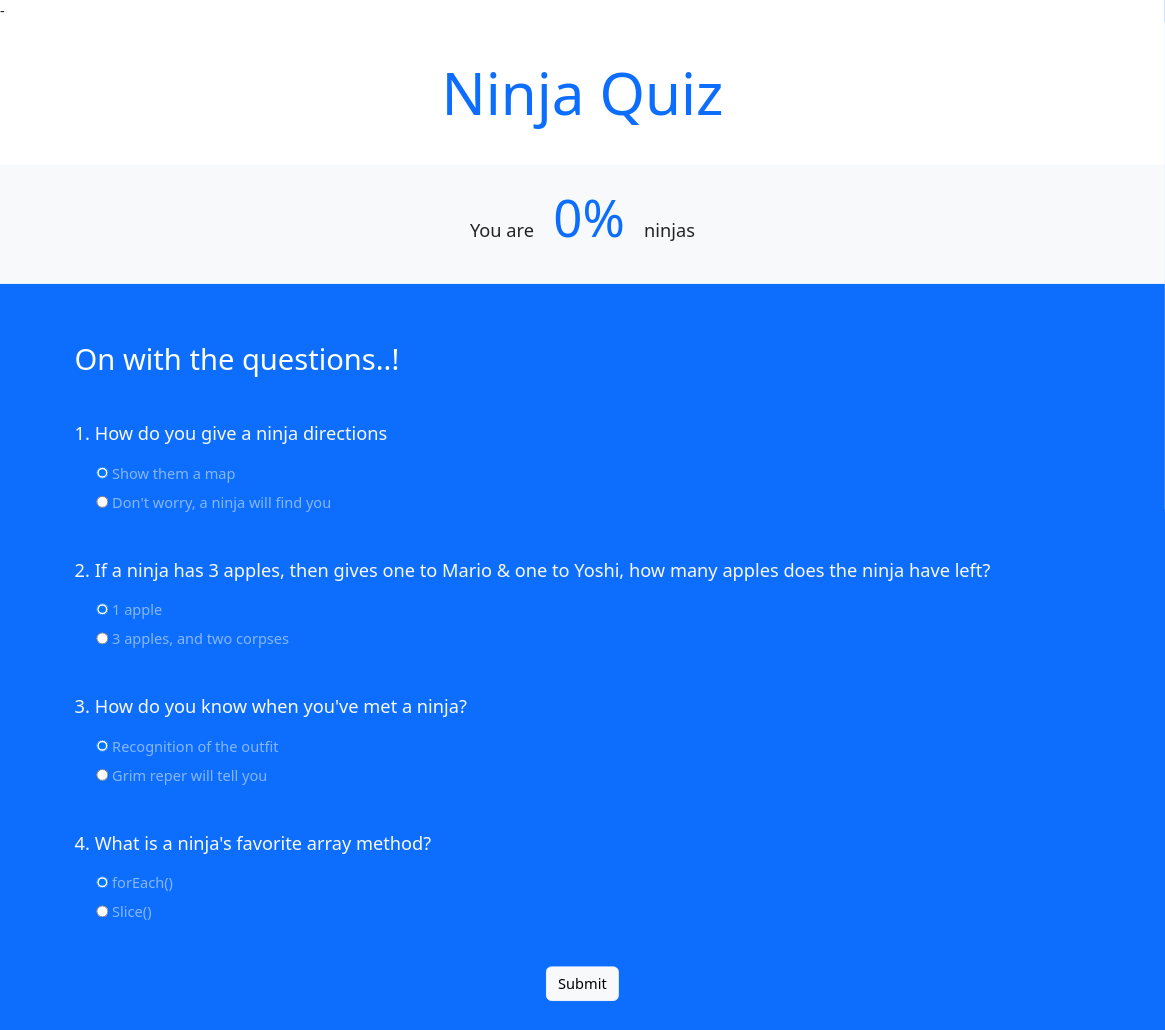
Repository: Programmer-RD-AI/Modern-JavaScript-Complete-guide-from-Novice-to-Ninja
Page: ninja_quiz/index.html
The author's editor kept a copy of each file at every save. The page is drawn from the files as they stood at one save, then again after the next save.
The browser window is 1280 px wide. The pictures show the whole page, at 91% of full size.
After loading, the first visible `form.quiz-form` was submitted once.

Above is the page before, as saved 2023-12-26 16:25:49.
Console error (its wording comes from the project's code and is left out).

After the next save:
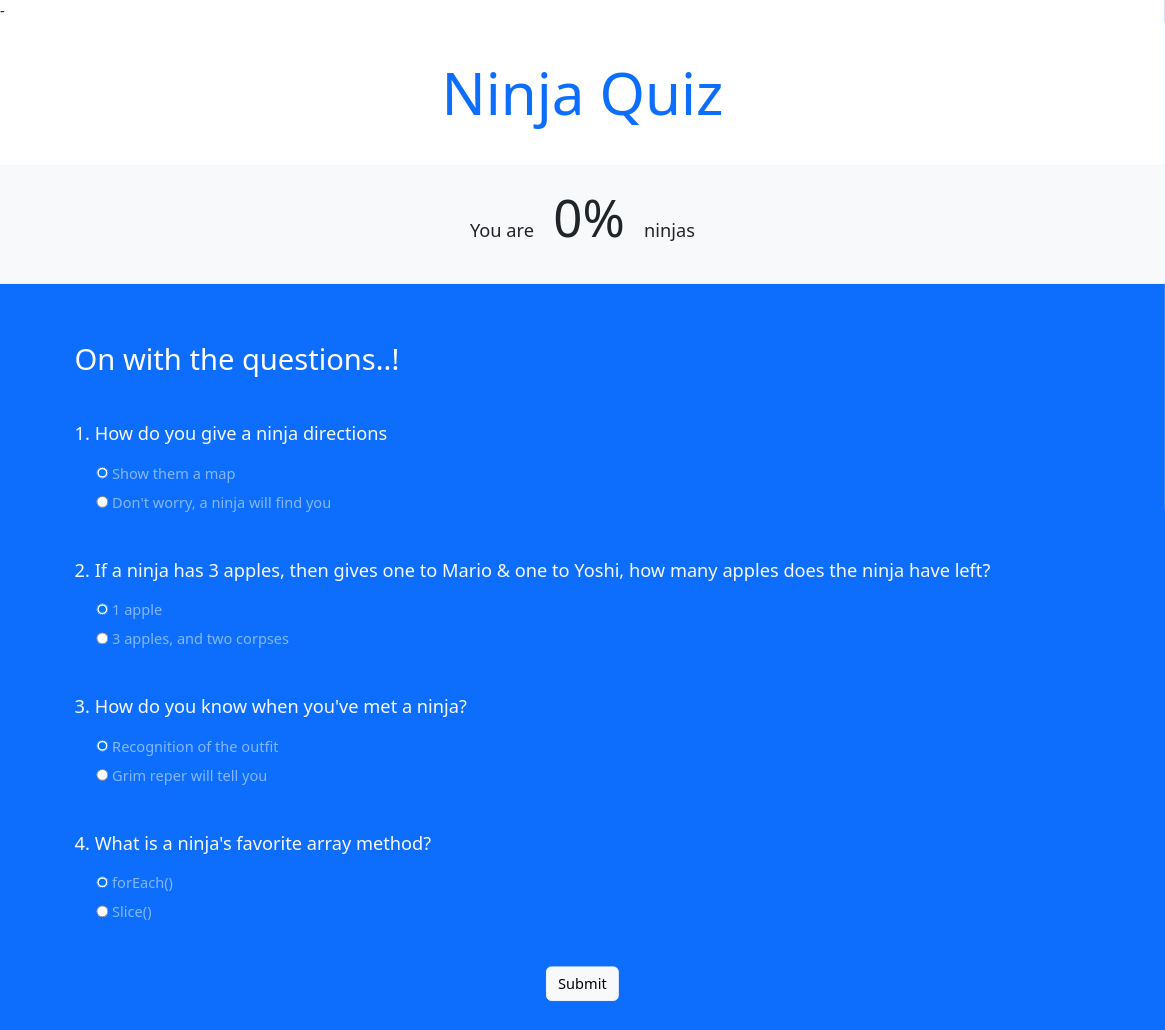
Console error: ReferenceError: closeInterval is not defined
Saved 7 s later.
--- a/ninja_quiz/app.js
+++ b/ninja_quiz/app.js
@@ -21,7 +21,7 @@
   const timer = setInterval(() => {
     percentage.querySelector("span").textContent = `${i}%`;
     if (i === score) {
-      percentage.querySelector("span").classList.replace() = "red";
+      percentage.querySelector("span").classList.replace("text-primary","text-");
       setTimeout(() => {
         percentage.querySelector("span").style.color = "blue";
       }, 2500);
